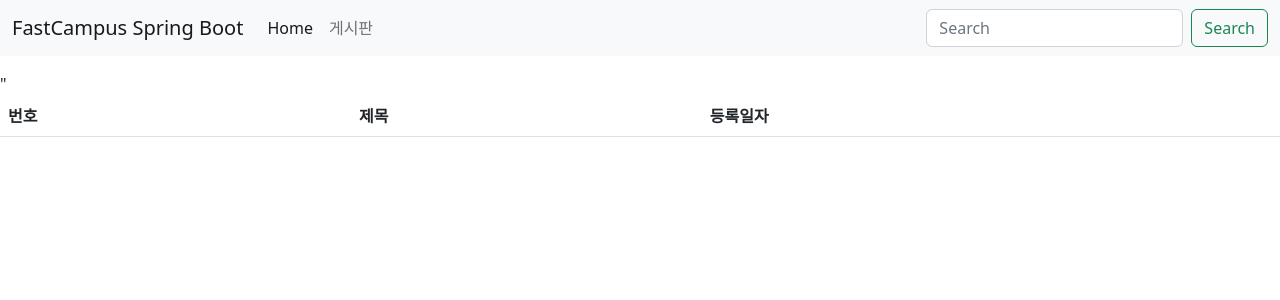
Repository: MeteorLee/Fastcampus_Spring
Page: http://localhost/java-web-01-jsp/board/list.jsp
The author's editor kept a copy of each file at every save. The page is drawn from the files as they stood at one save, then again after a run of saves.
The browser window is 1280 px wide. The pictures show the whole page.
The page is served by Tomcat 9. Queries for data that is not in the repository find no rows.

Above is the page before, as saved 2022-12-23 12:06:42.

After the next 2 saves:
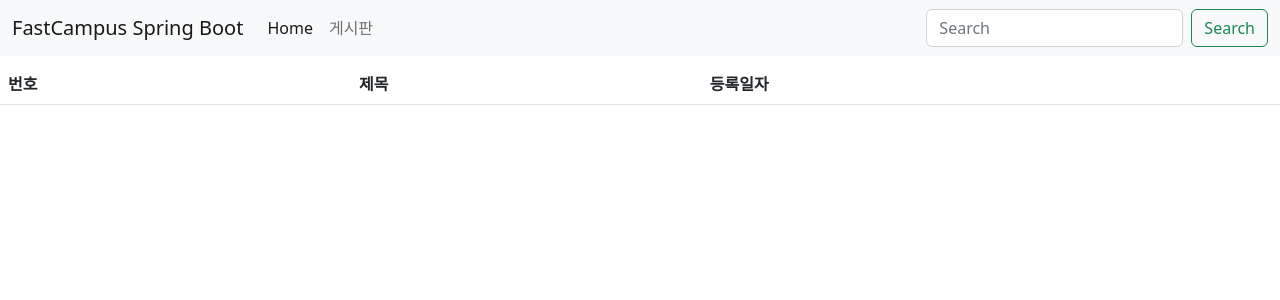
The 2 saves are shown as one change because they came seconds apart.
The last was saved 12 s later.
--- a/java-web-01-jsp/WebContent/common/header.jsp
+++ b/java-web-01-jsp/WebContent/common/header.jsp
@@ -23,4 +23,4 @@
     </div>
   </div>
 </nav>
-<div class="mt-3"></div>"
+<div class="mt-2"></div>
